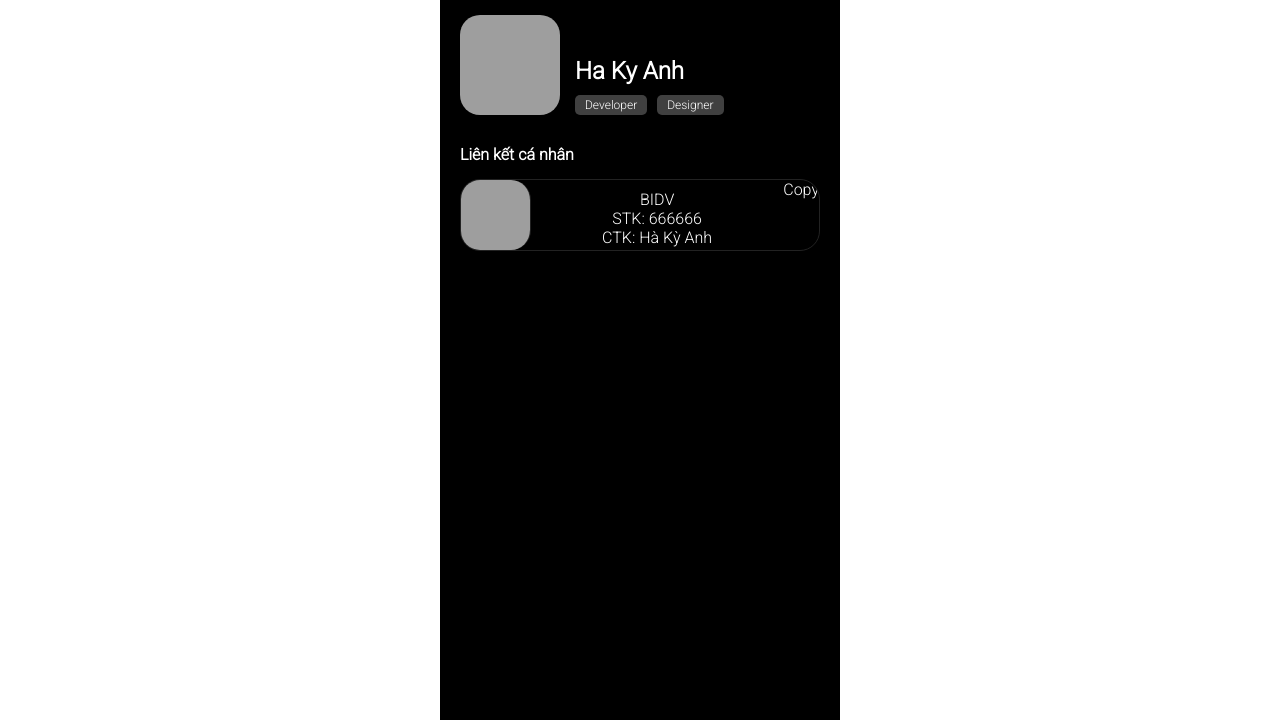
Repository: yzarc204/nguyen-tien-viet-hoang
Page: thong-tin-thanh-toan/index.html
An editor plug-in stored every save of this project. The page is shown before and after a run of saves, followed by the edit.
The browser window is 1280 px wide. The pictures show the whole page.
Pictures or frames that could not be fetched are drawn as grey boxes.

Above is the page before, as saved 2021-09-27 10:51:47.

After the next 2 saves:
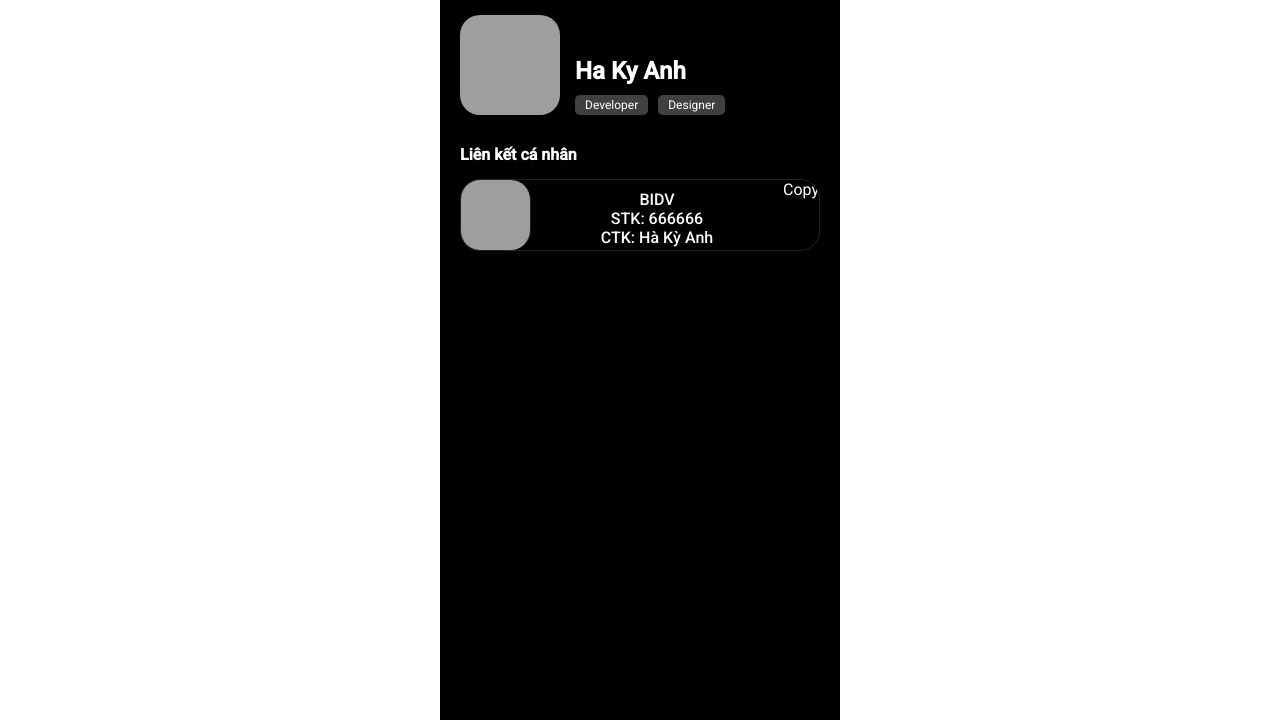
The 2 saves are shown as one change because they came seconds apart.
The last was saved 8 s later.
--- a/thong-tin-thanh-toan/index.html
+++ b/thong-tin-thanh-toan/index.html
@@ -8,7 +8,7 @@
     <!-- Google Fonts -->
     <link rel="preconnect" href="https://fonts.googleapis.com">
     <link rel="preconnect" href="https://fonts.gstatic.com" crossorigin>
-    <link href="https://fonts.googleapis.com/css2?family=Roboto:wght@300&display=swap" rel="stylesheet">
+    <link href="https://fonts.googleapis.com/css2?family=Roboto:wght@300;400;500&display=swap" rel="stylesheet">
     <!-- CSS -->
     <link rel="stylesheet" href="./public/css/index.css">
 </head>
